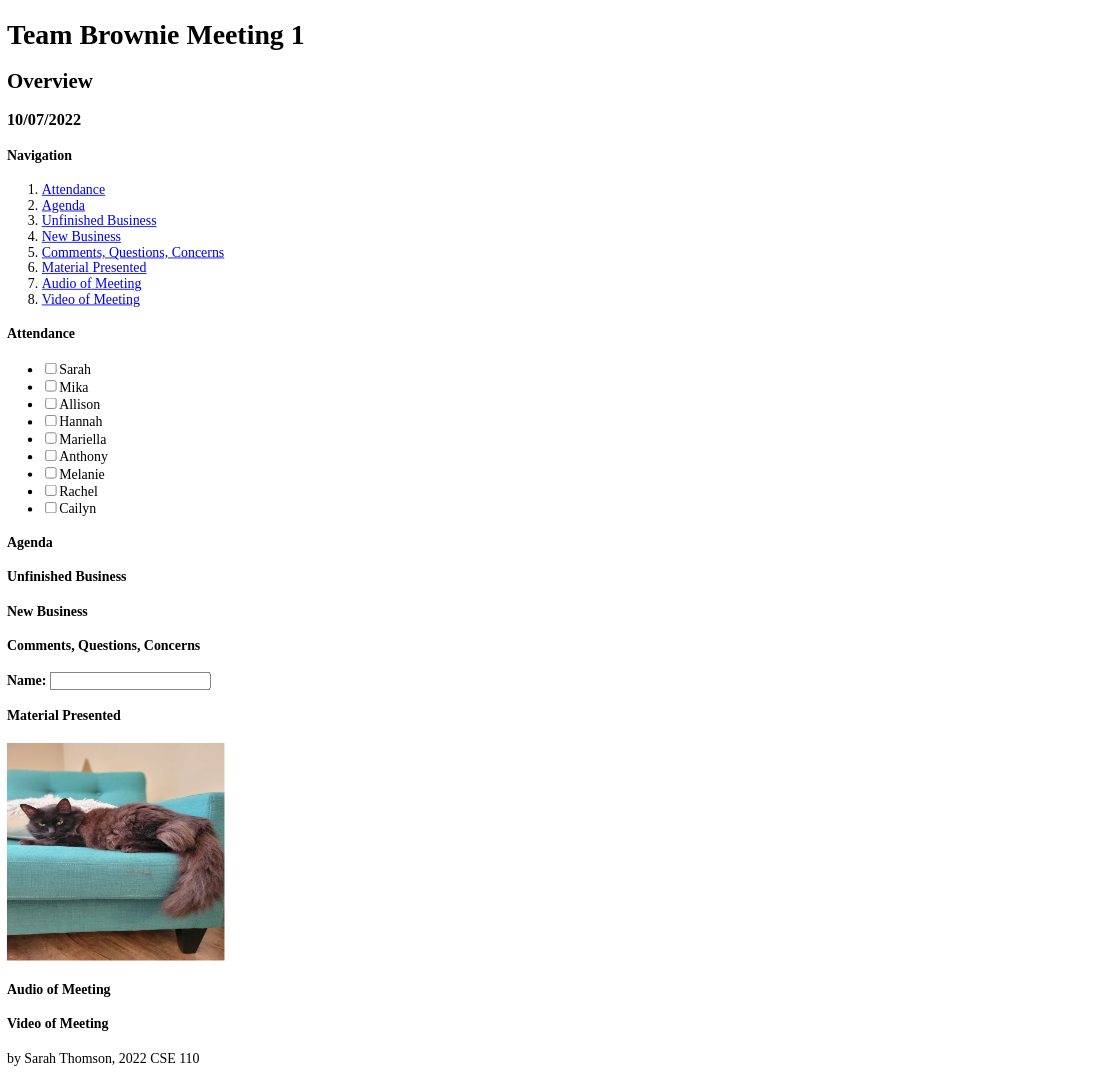
Repository: sarahtthomson/fa22-cse110-lab3
Page: index.html
An editor plug-in stored every save of this project. The page is shown before and after the next save, followed by the edit.
The browser window is 1280 px wide. The pictures show the whole page, at 87% of full size.

Above is the page before, as saved 2022-10-08 17:41:02.

### index.html
<!DOCTYPE html>
<html lang="en">
    <head>
        <Title>Team Brownie</Title>
        <meta name="description" content="Meeting minutes for Team Brownie">
        <link rel="icon" href="favicon.ico">
    </head>
    <body>
        <header>
            <h1>Team Brownie Meeting 1</h1>
            <h2>Overview</h2>
            <h3>10/07/2022</h3>
        </header>
        <main>
            <nav class="nav">
                <h4>Navigation</h4>
                <ol>
                    <li><a href="#Attendance" >Attendance</a></li>
                    <li><a href="#Agenda">Agenda</a></li>
                    <li><a href="#Unfinished">Unfinished Business</a></li>
                    <li><a href="#New">New Business</a></li>
                    <li><a href="#Comments">Comments, Questions, Concerns</a></li>
                    <li><a href="#Material">Material Presented</a></li>
                    <li><a href="#Audio">Audio of Meeting</a></li>
                    <li><a href="#Video">Video of Meeting</a></li>
                </ol>
            </nav>
            <div class="Attendance" id="Attendance">
                <h4>Attendance</h4>
                <ul>
                    <li><input type="checkbox">Sarah</li>
                    <li><input type="checkbox">Mika</li>
                    <li><input type="checkbox">Allison</li>
                    <li><input type="checkbox">Hannah</li>
                    <li><input type="checkbox">Mariella</li>
                    <li><input type="checkbox">Anthony</li>
                    <li><input type="checkbox">Melanie</li>
                    <li><input type="checkbox">Rachel</li>
                    <li><input type="checkbox">Cailyn</li>
                </ul>
            </div>
            <div class="Agenda" id="Agenda">
                <h4>Agenda</h4>

            </div>
            <div class="Unfinished" id="Unfinished">
                <h4>Unfinished Business</h4>
            </div>
            <div class="New" id="New">
                <h4>New Business</h4>
            </div>
            <div class="Comments" id="Comments">
                <h4>Comments, Questions, Concerns</h4>
                <form method="get" class="qanda">
                    <label for="name"><b>Name:</b></label>
                    <input type="text" name="name" id="name"
                </form>
            </div>
            <div class="Material" id="Material">
                <h4>Material Presented</h4>
                <img height="250" width="250" src="cat.jpg">
            </div>
            <div class="Audio" id="Audio">
                <h4>Audio of Meeting</h4>
            </div>
            <div class="Video" id="Video">
                <h4>Video of Meeting</h4>
            </div>
        </main>
        <footer>
            <p>by Sarah Thomson, 2022 CSE 110</p>
        </footer>

    </body>
</html>

After the next save:
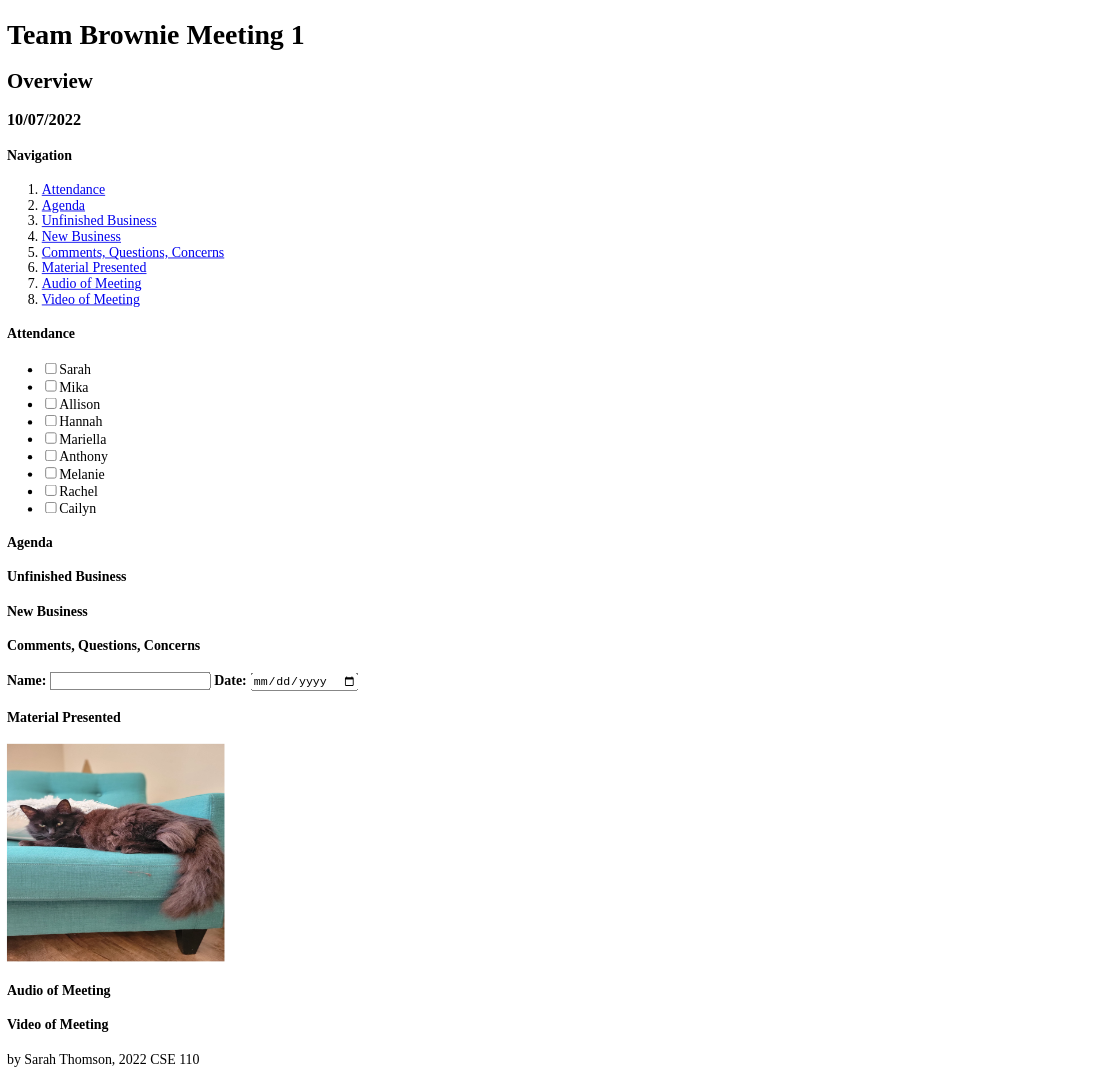
Saved 99 s later.
--- a/index.html
+++ b/index.html
@@ -53,7 +53,9 @@
                 <h4>Comments, Questions, Concerns</h4>
                 <form method="get" class="qanda">
                     <label for="name"><b>Name:</b></label>
-                    <input type="text" name="name" id="name"
+                    <input type="text" name="name" id="name">
+                    <label for="date"><b>Date:</b></label>
+                    <input type="date" name="date" id="date">
                 </form>
             </div>
             <div class="Material" id="Material">
